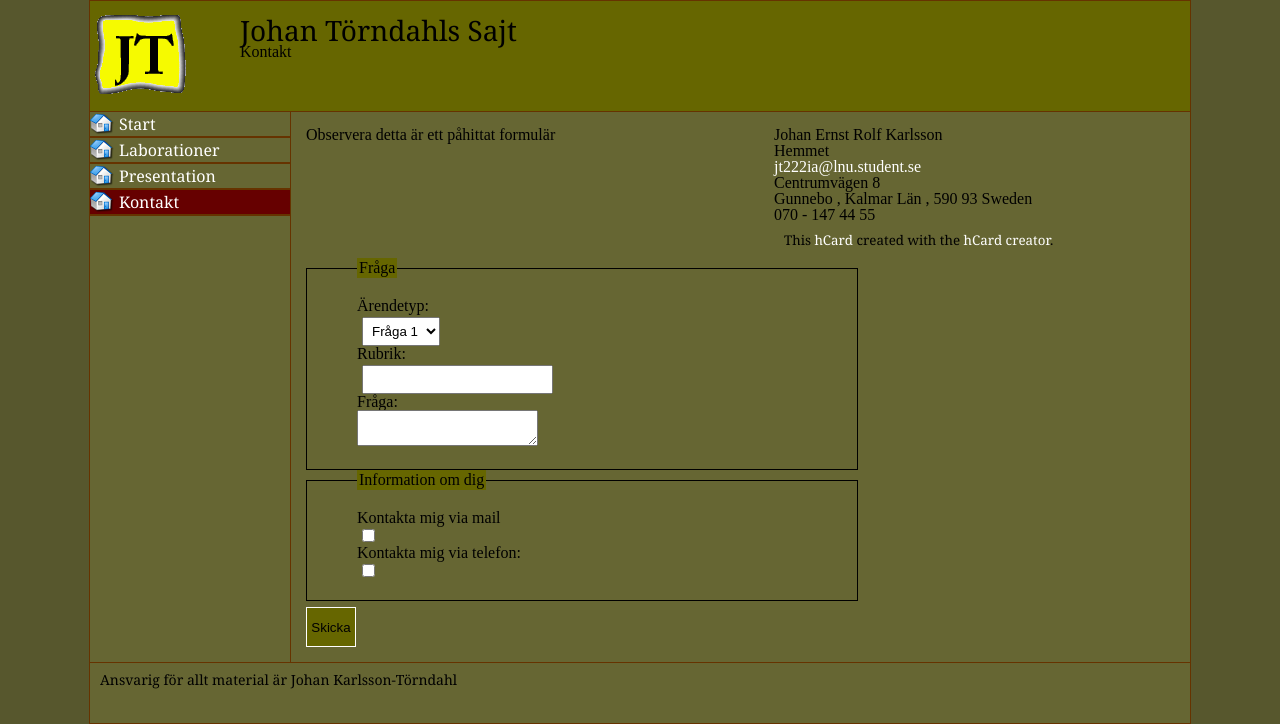
Repository: jt222ia/1ik415-jt222ia-laborationer
Page: pages/kontakt.html
The author's editor kept a record of every edit. The page is drawn from the files as they stood at one moment, then again after the next edit.
The browser window is 1280 px wide. The pictures show the whole page.

Above is the page before.

After the next edit:
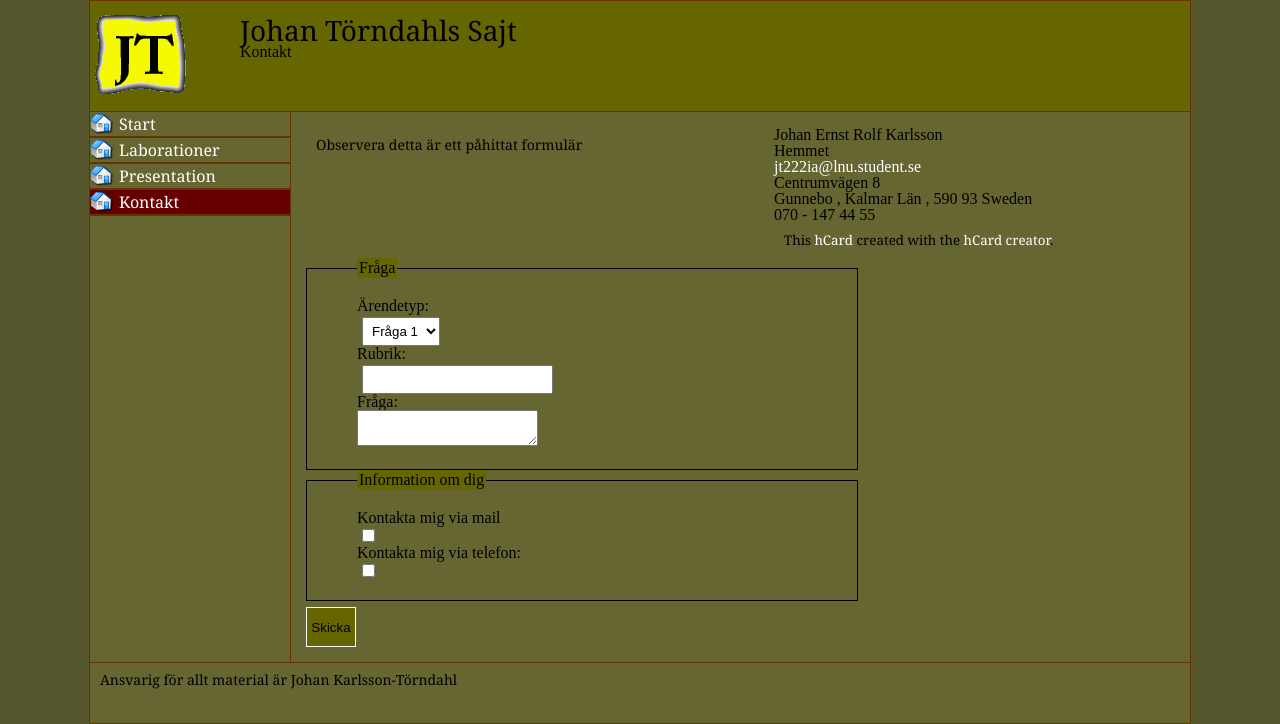
The edit:
--- a/pages/kontakt.html
+++ b/pages/kontakt.html
@@ -57,7 +57,7 @@
                  <div class="tel">070 - 147 44 55</div>
                 <p style="font-size:smaller;">This <a href="http://microformats.org/wiki/hcard">hCard</a> created with the <a href="http://microformats.org/code/hcard/creator">hCard creator</a>.</p>
                     </div>
-            </diV
+            </div>
             <p>Observera detta är ett påhittat formulär</p>
 
             <form method="POST" action="http://voyager.lnu.se/tekinet/kurser/dtt/wp_webbintro/form.php">
